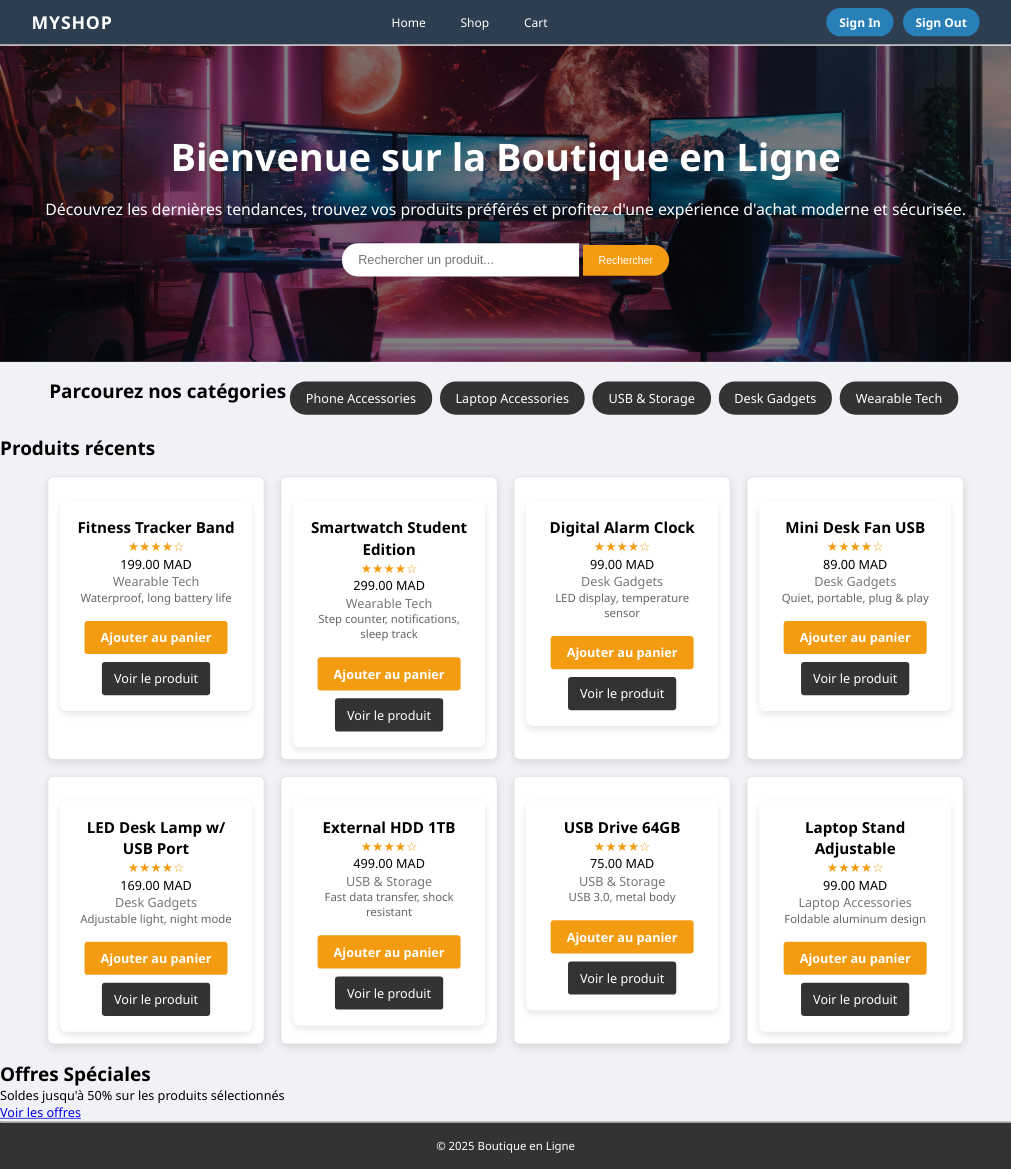
Repository: kiraj-walid/ecomerce
Page: http://localhost/
These files come from the project's save history. The page is drawn as it stood at one moment and after the next save; the edit follows.
The browser window is 1280 px wide. The pictures show the whole page, at 79% of full size.
The page is run by PHP 8.4 with error messages shown; the project is at /var/www/html/. The database holds what the project's SQL file puts in it. Queries for data that is not in the repository find no rows.

Above is the page before, as saved 2025-05-07 16:46:55.

### index.php
<?php
require_once 'includes/db.php';
require_once 'includes/functions.php';
include 'includes/header.php';

// Fetch the 8 latest products
$products = $pdo->query('SELECT * FROM produits ORDER BY id DESC LIMIT 8')->fetchAll();

// Fetch categories for quick filters
$categories = $pdo->query("SELECT DISTINCT categorie FROM produits WHERE categorie IS NOT NULL AND categorie != ''")->fetchAll(PDO::FETCH_COLUMN);
?>

<!-- Hero Section -->
<div class="hero-section" style="background-image: url('assets/images/landingpage.webp');">
    <div class="hero-overlay"></div>
    <div class="hero-content">
        <div class="hero-text">
            <h1>Bienvenue sur la Boutique en Ligne</h1>
            <p>Découvrez les dernières tendances, trouvez vos produits préférés et profitez d'une expérience d'achat moderne et sécurisée.</p>
        </div>
        <div class="hero-search">
            <form action="search.php" method="GET">
                <input type="text" name="q" placeholder="Rechercher un produit..." class="search-input">
                <button type="submit" class="hero-btn">Rechercher</button>
            </form>
        </div>
    </div>
</div>

<!-- Category Filters -->
<?php if (!empty($categories)) : ?>
    <div class="category-filters">
        <h2>Parcourez nos catégories</h2>
        <?php foreach ($categories as $cat) : ?>
            <a href="search.php?category=<?= urlencode($cat) ?>" class="category-card"><?= htmlspecialchars($cat) ?></a>
        <?php endforeach; ?>
    </div>
<?php endif; ?>

<!-- Featured Products Section -->
<h2 class="recent-products-title">Produits récents</h2>
<?php if (count($products) === 0) : ?>
    <p class="no-products">Aucun produit disponible.</p>
<?php else : ?>
    <div class="product-listing">
        <?php foreach ($products as $prod) : ?>
            <div class="product-card">
                <?php
                $stmt_imgs = $pdo->prepare('SELECT image FROM images_produit WHERE produit_id = ?');
                $stmt_imgs->execute([$prod['id']]);
                $images = $stmt_imgs->fetchAll(PDO::FETCH_COLUMN);
                ?>
                <div class="product-gallery">
                    <?php if ($images && count($images) > 0): ?>
                        <img src="assets/images/<?= htmlspecialchars($images[0]) ?>" alt="<?= htmlspecialchars($prod['nom']) ?>" class="product-image">
                    <?php endif; ?>
                </div>
                <div class="product-info">
                    <strong><?= htmlspecialchars($prod['nom']) ?></strong><br>
                    <div class="product-rating">★★★★☆</div>
                    <span><?= number_format($prod['prix'], 2) ?> MAD</span><br>
                    <span class="product-category"><?= htmlspecialchars($prod['categorie']) ?></span><br>
                    <div class="product-desc">
                        <?= htmlspecialchars(mb_strimwidth($prod['description'], 0, 80, '...')) ?>
                    </div>
                    <div class="product-actions">
                        <a href="cart.php?add=<?= $prod['id'] ?>" class="add-to-cart-btn">Ajouter au panier</a>
                        <a href="product.php?id=<?= $prod['id'] ?>" class="product-details-btn">Voir le produit</a>
                    </div>
                </div>
            </div>
        <?php endforeach; ?>
    </div>
<?php endif; ?>

<!-- Promotions Section -->
<section id="promotions">
    <h2>Offres Spéciales</h2>
    <p>Soldes jusqu'à 50% sur les produits sélectionnés</p>
    <a href="sales-page.php" class="promo-btn">Voir les offres</a>
</section>

<!-- Footer Section -->
<?php include 'includes/footer.php'; ?>

### includes/db.php
<?php
// Connexion à la base de données
$host = 'localhost';
$db   = 'boutique';
$user = 'root';
$pass = '';
$charset = 'utf8mb4';

$dsn = "mysql:host=$host;dbname=$db;charset=$charset";
$options = [
    PDO::ATTR_ERRMODE            => PDO::ERRMODE_EXCEPTION,
    PDO::ATTR_DEFAULT_FETCH_MODE => PDO::FETCH_ASSOC,
    PDO::ATTR_EMULATE_PREPARES   => false,
];
try {
     $pdo = new PDO($dsn, $user, $pass, $options);
} catch (PDOException $e) {
     exit('Erreur de connexion à la base de données : ' . $e->getMessage());
}

### includes/functions.php
<?php
session_start();

function is_logged_in() {
    return isset($_SESSION['user_id']);
}

function is_admin() {
    return isset($_SESSION['role']) && $_SESSION['role'] === 'admin';
}

function redirect($url) {
    header('Location: ' . $url);
    exit();
}

### includes/header.php
<?php
require_once __DIR__ . '/functions.php';
?>
<!DOCTYPE html>
<html lang="fr">
<head>
    <meta charset="UTF-8">
    <title>Boutique en Ligne</title>
    <link rel="stylesheet" href="assets/css/style.css">
</head>
<body>
<nav>
    <div class="nav-container">
        <a href="#" class="logo">MyShop</a>
        <div class="nav-links">
            <a href="index.php">Home</a>
            <a href="shop.php">Shop</a>
            <a href="cart.php">Cart</a>
        </div>
        <div class="auth-links">
            <a href="login.php" class="sign-in-btn">Sign In</a>
            <a href="logout.php" class="sign-out-btn">Sign Out</a>
        </div>
    </div>
</nav>

<hr>

### includes/footer.php
<hr>
<footer>
    <p>&copy; <?php echo date('Y'); ?> Boutique en Ligne</p>
</footer>
</body>
</html>

### assets/css/style.css
/* General Reset */
* {
    margin: 0;
    padding: 0;
    box-sizing: border-box;
}

body {
    font-family: 'Segoe UI', sans-serif;
    background-color: #f0f2f5;
}

/* Navbar */
nav {
    background-color: #2C3E50;
    padding: 10px 20px;
    width: 100%;
    box-shadow: 0 4px 10px rgba(0, 0, 0, 0.1);
}

/* Navbar Container */
nav .nav-container {
    display: flex;
    justify-content: space-between;
    align-items: center;
    max-width: 1200px;
    margin: 0 auto;
}

/* Logo */
nav .logo {
    font-size: 1.4em;
    color: white;
    font-weight: bold;
    text-transform: uppercase;
    text-decoration: none;
    letter-spacing: 1px;
}

/* Centered navigation links */
nav .nav-links {
    display: flex;
    gap: 20px;
    margin-left: auto;
    margin-right: auto;
}

nav .nav-links a {
    color: white;
    text-decoration: none;
    font-size: 0.95em;
    padding: 6px 12px;
    border-radius: 25px;
    transition: background-color 0.3s ease, color 0.3s ease;
}

nav .nav-links a:hover {
    background-color: #F39C12;
    color: #2C3E50;
}

/* Auth links on the right (Sign In / Sign Out) */
nav .auth-links {
    display: flex;
    gap: 12px;
}

nav .sign-in-btn, nav .sign-out-btn {
    color: white;
    text-decoration: none;
    font-size: 0.95em;
    font-weight: bold;
    padding: 8px 16px;
    background-color: #2980B9;
    border-radius: 25px;
    transition: background-color 0.3s ease;
}

nav .sign-in-btn:hover, nav .sign-out-btn:hover {
    background-color: #3498DB;
    color: white;
}

/* Make navbar responsive */
@media (max-width: 768px) {
    nav .nav-container {
        flex-direction: column;
        align-items: flex-start;
    }

    nav .nav-links {
        flex-direction: column;
        align-items: flex-start;
        margin-left: 0;
        margin-top: 10px;
    }

    nav .auth-links {
        margin-top: 10px;
        flex-direction: column;
        align-items: flex-start;
    }
}

/* Hero Section */
.hero-section {
    position: relative;
    background-image: url('assets/images/landingpage.webp');
    background-size: cover;
    background-position: center;
    height: 400px;
    color: white;
    display: flex;
    justify-content: center;
    align-items: center;
    text-align: center;
}

.hero-overlay {
    position: absolute;
    top: 0;
    left: 0;
    width: 100%;
    height: 100%;
    background: rgba(0, 0, 0, 0.5);
}

.hero-content {
    position: relative;
    z-index: 2;
}

.hero-content h1 {
    font-size: 3em;
    margin-bottom: 20px;
}

.hero-content p {
    font-size: 1.25em;
    margin-bottom: 30px;
}

.hero-search {
    display: flex;
    justify-content: center;
    margin-top: 20px;
}

.hero-search input {
    padding: 12px 20px;
    font-size: 1em;
    border-radius: 20px 0 0 20px;
    border: none;
    width: 300px;
}

.hero-search button {
    padding: 12px 20px;
    background-color: #f39c12;
    color: white;
    border: none;
    border-radius: 0 20px 20px 0;
    cursor: pointer;
}

.hero-search button:hover {
    background-color: #e67e22;
}

/* Category Filters */
.category-filters {
    display: flex;
    justify-content: center;
    margin: 20px 0;
    flex-wrap: wrap;
}

.category-card {
    background-color: #333;
    color: white;
    padding: 10px 20px;
    margin: 5px;
    text-decoration: none;
    border-radius: 20px;
    font-size: 1em;
}

.category-card:hover {
    background-color: #555;
}

/* Product Listing */
.product-listing {
    display: grid;
    grid-template-columns: repeat(auto-fill, minmax(250px, 1fr));
    gap: 20px;
    padding: 20px;
    max-width: 1200px;
    margin: 0 auto;
}

.product-card {
    background-color: white;
    padding: 16px;
    border-radius: 8px;
    box-shadow: 0 2px 12px rgba(0, 0, 0, 0.1);
    transition: transform 0.3s, box-shadow 0.3s;
}

.product-card:hover {
    transform: translateY(-4px);
    box-shadow: 0 4px 16px rgba(0, 0, 0, 0.1);
}

.product-gallery {
    text-align: center;
    margin-bottom: 15px;
}

.product-image {
    max-width: 100%;
    height: auto;
    border-radius: 6px;
}

.product-info {
    text-align: center;
}

.product-info strong {
    font-size: 1.2em;
    margin: 10px 0;
}

.product-rating {
    font-size: 1em;
    color: #f39c12;
}

.product-category {
    font-size: 1em;
    color: #333;
    margin-bottom: 10px;
}

.product-desc {
    font-size: 0.9em;
    color: #666;
    margin-bottom: 10px;
}

.product-actions a {
    display: inline-block;
    padding: 10px 15px;
    margin-top: 10px;
    background-color: #333;
    color: white;
    text-decoration: none;
    border-radius: 4px;
}

.product-actions a:hover {
    background-color: #555;
}

/* Footer */
footer {
    text-align: center;
    color: #888;
    font-size: 0.9em;
    padding: 20px;
    background-color: #333;
    color: white;
}

/* Search Form Styling */
.search-form {
    display: flex;
    gap: 10px;
    align-items: center;
    margin-bottom: 20px;
    padding: 10px;
    background-color: #f7f7f7;
    border-radius: 8px;
    box-shadow: 0 2px 10px rgba(0, 0, 0, 0.1);
}

.search-form input,
.search-form select,
.search-form button {
    padding: 10px;
    font-size: 16px;
    border: 1px solid #ddd;
    border-radius: 4px;
}

.search-form button {
    background-color: #f39c12;
    color: white;
    border: none;
    cursor: pointer;
}

.search-form button:hover {
    background-color: #e67e22;
}

/* Product Grid */
.product-grid {
    display: grid;
    grid-template-columns: repeat(auto-fill, minmax(250px, 1fr));
    gap: 20px;
    margin-top: 20px;
}

/* Product Card Styling */
.product-card {
    background-color: #fff;
    padding: 15px;
    border: 1px solid #ddd;
    border-radius: 8px;
    box-shadow: 0 4px 12px rgba(0, 0, 0, 0.1);
    text-align: center;
    transition: all 0.3s ease;
}

.product-card:hover {
    transform: translateY(-5px);
    box-shadow: 0 8px 16px rgba(0, 0, 0, 0.2);
}

.product-card img {
    max-width: 100%;
    height: auto;
    border-radius: 8px;
}

.product-price {
    font-size: 1.2em;
    color: #f39c12;
    margin: 10px 0;
}

.product-category {
    font-size: 0.9em;
    color: #777;
    margin-bottom: 10px;
}

.add-to-cart-btn {
    padding: 10px 20px;
    background-color: #f39c12;
    color: white;
    border: none;
    border-radius: 4px;
    text-decoration: none;
    cursor: pointer;
}

.add-to-cart-btn:hover {
    background-color: #e67e22;
}

/* Responsive Design */
@media (max-width: 768px) {
    .product-grid {
        grid-template-columns: 1fr 1fr;
    }
}

@media (max-width: 480px) {
    .product-grid {
        grid-template-columns: 1fr;
    }
}

.product-detail-page {
    padding: 30px;
    max-width: 1200px;
    margin: 0 auto;
}

.product-title {
    font-size: 2em;
    margin-bottom: 20px;
    text-align: center;
}

.product-detail-container {
    display: flex;
    gap: 20px;
    flex-wrap: wrap;
}

.product-images {
    flex: 1;
    display: flex;
    flex-direction: column;
    gap: 15px;
}

.product-image-detail {
    width: 100%;
    max-width: 400px;
    height: auto;
    border-radius: 8px;
    box-shadow: 0 4px 10px rgba(0, 0, 0, 0.1);
}

.product-info {
    flex: 1;
    background-color: #fff;
    padding: 20px;
    border-radius: 8px;
    box-shadow: 0 4px 10px rgba(0, 0, 0, 0.1);
}

.product-info h2 {
    font-size: 1.5em;
    margin-bottom: 10px;
}

.product-price {
    font-size: 1.25em;
    color: #f39c12;
    margin-bottom: 15px;
}

.product-category {
    font-size: 1em;
    color: #777;
    margin-bottom: 10px;
}

.product-description {
    font-size: 1em;
    color: #333;
    margin-bottom: 20px;
}

.product-actions .add-to-cart-btn {
    background-color: #f39c12;
    color: #fff;
    padding: 10px 20px;
    text-decoration: none;
    border-radius: 4px;
    font-weight: bold;
}

.product-actions .add-to-cart-btn:hover {
    background-color: #e67e22;
}
/* Product Detail Page */
.product-detail-page {
    padding: 30px;
    max-width: 1200px;
    margin: 0 auto;
}

.product-title {
    font-size: 2em;
    margin-bottom: 20px;
    text-align: center;
}

.product-detail-container {
    display: flex;
    gap: 20px;
    flex-wrap: wrap;
    align-items: flex-start; /* Align items to the top */
}

.product-images {
    flex: 1; /* Take up 1 part of the space */
    max-width: 400px; /* Make image container smaller */
}

.product-image-detail {
    width: 100%;
    height: auto;
    border-radius: 8px;
    box-shadow: 0 4px 10px rgba(0, 0, 0, 0.1);
}

.product-info {
    flex: 2; /* Take up 2 parts of the space */
    background-color: #fff;
    padding: 20px;
    border-radius: 8px;
    box-shadow: 0 4px 10px rgba(0, 0, 0, 0.1);
}

.product-info h2 {
    font-size: 1.5em;
    margin-bottom: 10px;
}

.product-price {
    font-size: 1.25em;
    color: #f39c12;
    margin-bottom: 15px;
}

.product-category {
    font-size: 1em;
    color: #777;
    margin-bottom: 10px;
}

.product-description {
    font-size: 1em;
    color: #333;
    margin-bottom: 20px;
}

.product-actions .add-to-cart-btn {
    background-color: #f39c12;
    color: #fff;
    padding: 10px 20px;
    text-decoration: none;
    border-radius: 4px;
    font-weight: bold;
}

.product-actions .add-to-cart-btn:hover {
    background-color: #e67e22;
}

### sql/schema.sql (the tables this page reads)
CREATE TABLE IF NOT EXISTS produits (
    id INT AUTO_INCREMENT PRIMARY KEY,
    nom VARCHAR(100),
    description TEXT,
    prix DECIMAL(10,2),
    categorie VARCHAR(50),
    image VARCHAR(255)
);

INSERT INTO produits (nom, prix, description, categorie) VALUES
('Silicone Phone Case', 39, 'Ultra-thin, shockproof, multiple colors', 'Phone Accessories'),
('Wireless Earbuds', 129, 'Bluetooth 5.0, 4h battery life', 'Phone Accessories'),
('Magnetic Phone Holder', 49, 'For car or desk, 360° rotation', 'Phone Accessories'),
('Fast Charging Cable (Type-C)', 29, 'Braided, durable, 1.5m length', 'Phone Accessories');

INSERT INTO produits (nom, prix, description, categorie) VALUES
('Laptop Cooling Pad', 139, '5 silent fans, adjustable tilt angles', 'Laptop Accessories'),
('Wireless Mouse', 79, 'Compact, USB receiver included', 'Laptop Accessories'),
('Laptop Stand Adjustable', 99, 'Foldable aluminum design', 'Laptop Accessories');

INSERT INTO produits (nom, prix, description, categorie) VALUES
('USB Drive 64GB', 75, 'USB 3.0, metal body', 'USB & Storage'),
('External HDD 1TB', 499, 'Fast data transfer, shock resistant', 'USB & Storage');

INSERT INTO produits (nom, prix, description, categorie) VALUES
('LED Desk Lamp w/ USB Port', 169, 'Adjustable light, night mode', 'Desk Gadgets'),
('Mini Desk Fan USB', 89, 'Quiet, portable, plug & play', 'Desk Gadgets'),
('Digital Alarm Clock', 99, 'LED display, temperature sensor', 'Desk Gadgets');

INSERT INTO produits (nom, prix, description, categorie) VALUES
('Smartwatch Student Edition', 299, 'Step counter, notifications, sleep track', 'Wearable Tech'),
('Fitness Tracker Band', 199, 'Waterproof, long battery life', 'Wearable Tech');

After the next save:
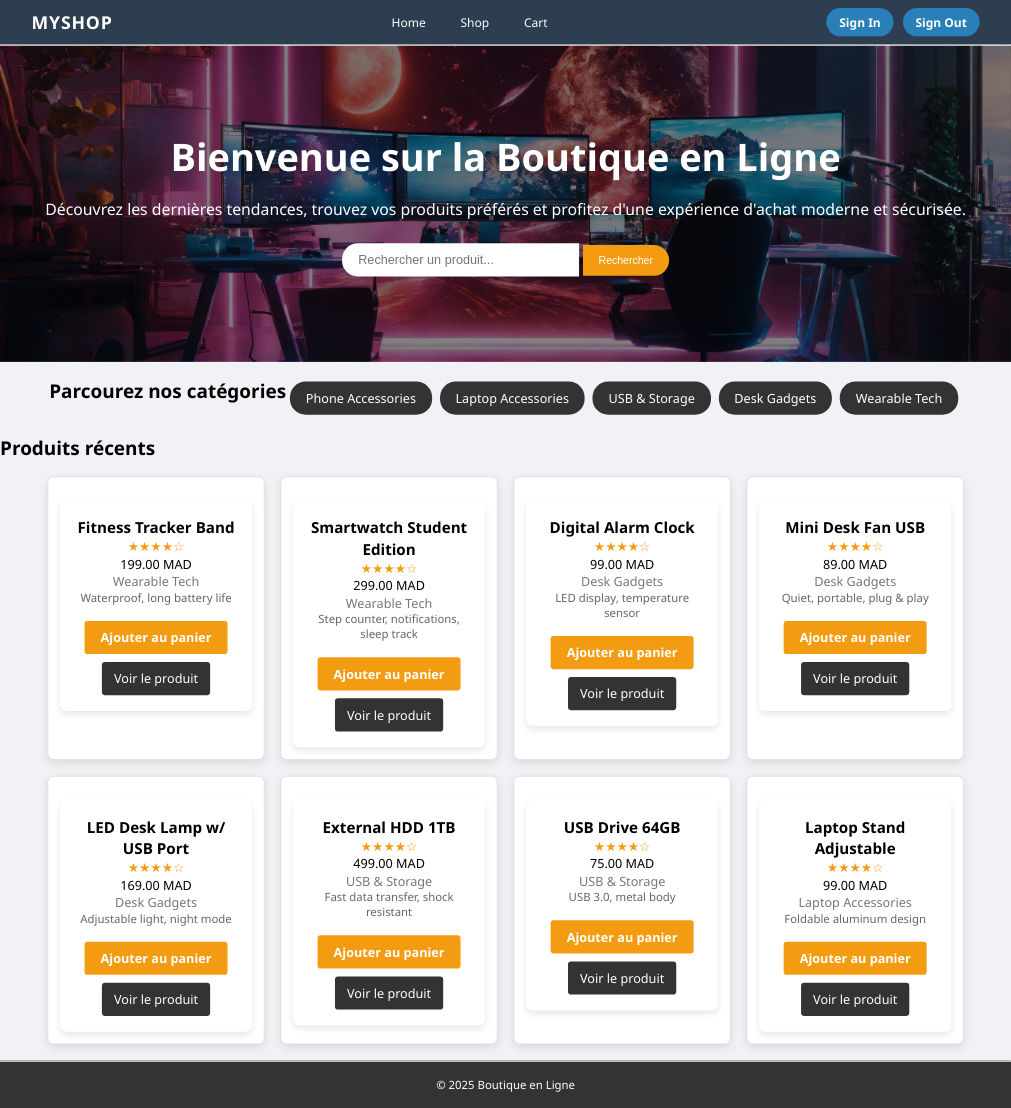
Saved 6 s later.
--- a/index.php
+++ b/index.php
@@ -73,12 +73,6 @@ $categories = $pdo->query("SELECT DISTINCT categorie FROM produits WHERE categor
     </div>
 <?php endif; ?>
 
-<!-- Promotions Section -->
-<section id="promotions">
-    <h2>Offres Spéciales</h2>
-    <p>Soldes jusqu'à 50% sur les produits sélectionnés</p>
-    <a href="sales-page.php" class="promo-btn">Voir les offres</a>
-</section>
 
 <!-- Footer Section -->
 <?php include 'includes/footer.php'; ?>
